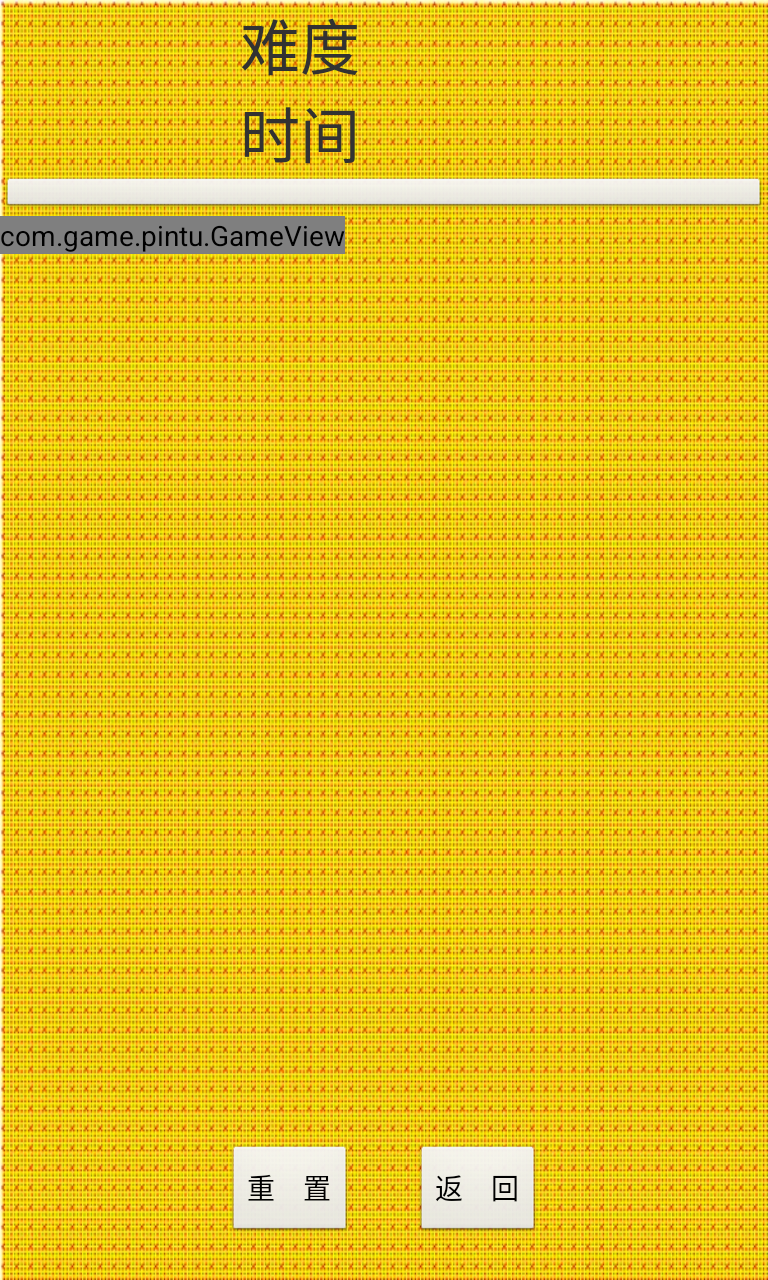
Repository: hosle/gad2
Layout: Pintu/res/layout/new_game.xml
These files come from the project's save history. The layout is drawn as it stood at one moment and after the next save; the edit follows.
Pictures or frames that could not be fetched are drawn as grey boxes. It is drawn on a 768 x 1280 px phone screen (xhdpi) without system bars, with theme AppTheme; the app's code is not run.

Above is the layout before, as saved 2015-03-12 04:23:20.

### Pintu/res/layout/new_game.xml
<?xml version="1.0" encoding="utf-8"?>
<LinearLayout xmlns:android="http://schemas.android.com/apk/res/android"
    android:layout_width="match_parent"
    android:layout_height="match_parent"
    android:layout_gravity="center_horizontal"
    android:background="@drawable/background"
    android:orientation="vertical" >

    <TextView
        android:id="@+id/nandu"
        android:layout_width="match_parent"
        android:layout_height="wrap_content"
        android:layout_marginLeft="120dp"
        android:text="难度"
        android:textSize="30sp" />

    <TextView
        android:id="@+id/time"
        android:layout_width="match_parent"
        android:layout_height="wrap_content"
        android:layout_marginLeft="120dp"
        android:text="时间"
        android:textSize="30sp" />

    <Button
        android:id="@+id/btn_sendgame"
        android:layout_width="match_parent"
        android:layout_height="20dp"
        android:text="分享游戏给好友" />

    <com.game.pintu.GameView
        android:id="@+id/view"
        android:layout_width="wrap_content"
        android:layout_height="wrap_content" />

    <LinearLayout
        android:layout_width="fill_parent"
        android:layout_height="fill_parent"
        android:layout_centerHorizontal="true"
        android:gravity="center_horizontal"
        android:orientation="horizontal" >

        <Button
            android:layout_width="wrap_content"
            android:layout_height="wrap_content"
            android:layout_gravity="bottom"
            android:layout_marginBottom="10dp"
            android:text="重    置" />

        <Button
            android:layout_width="wrap_content"
            android:layout_height="wrap_content"
            android:layout_gravity="bottom"
            android:layout_marginBottom="10dp"
            android:layout_marginLeft="30dp"
            android:text="返    回" />
    </LinearLayout>

</LinearLayout>

Loaded but not shown: Pintu/res/values/styles.xml (common file)

After the next save:
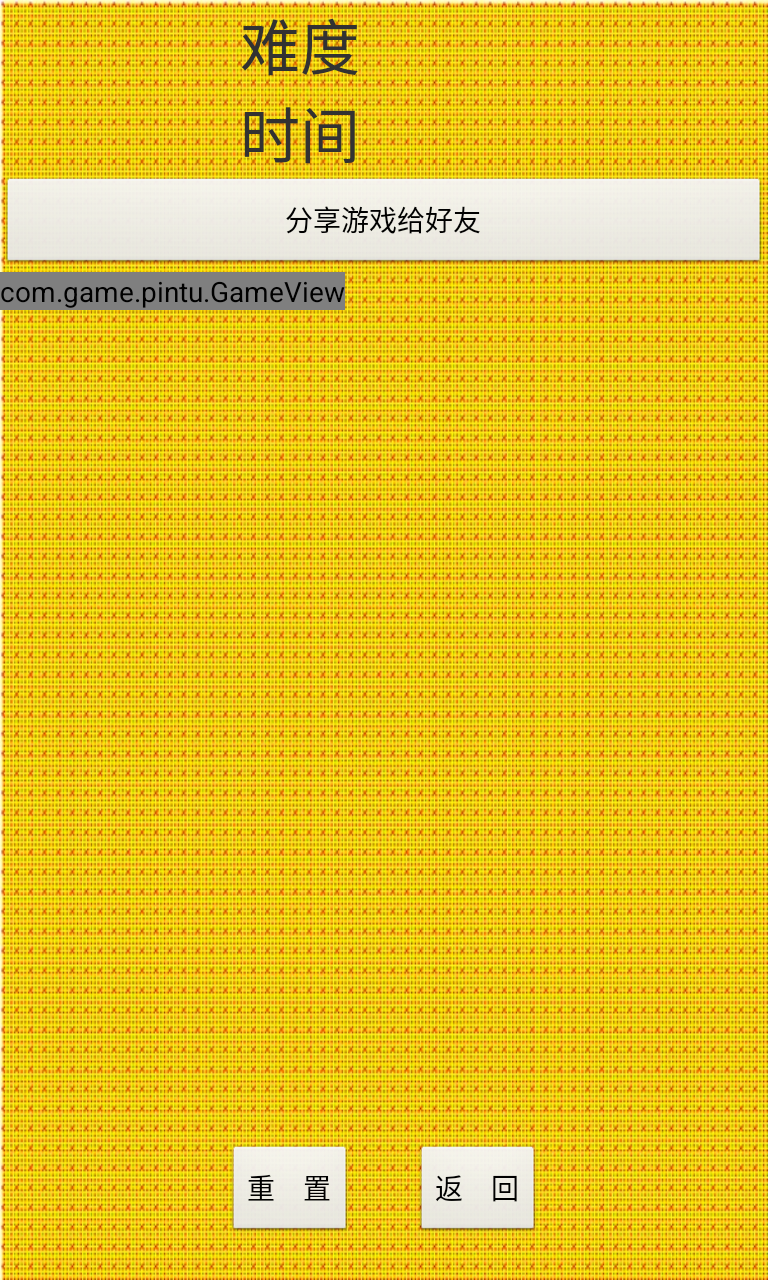
Saved 47 s later.
--- a/Pintu/res/layout/new_game.xml
+++ b/Pintu/res/layout/new_game.xml
@@ -25,7 +25,7 @@
     <Button
         android:id="@+id/btn_sendgame"
         android:layout_width="match_parent"
-        android:layout_height="20dp"
+        android:layout_height="wrap_content"
         android:text="分享游戏给好友" />
 
     <com.game.pintu.GameView
